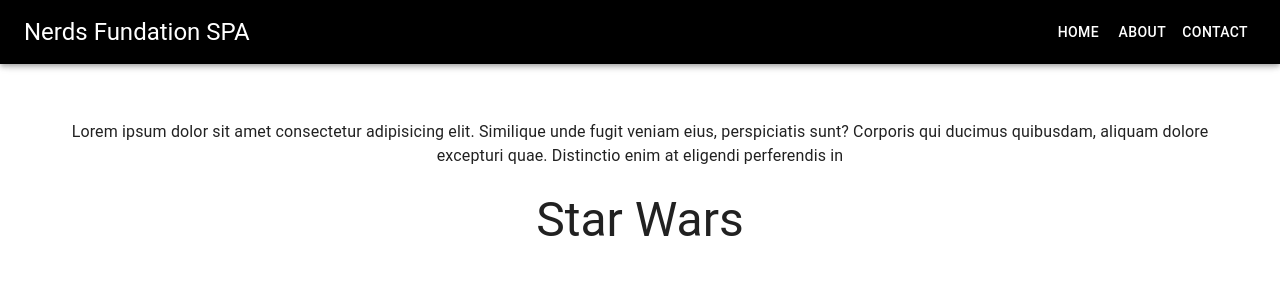
Repository: marianozamora/lisit-challenge
Page: /
These files come from the project's save history. The page is drawn as it stood at one moment and after the next save; the edit follows.
The browser window is 1280 px wide. The pictures show the whole page.
The page's requests for data from a server got no answer. The project was rebuilt for these pictures with package versions that can differ from the ones it lists, and the page was loaded fresh each time. Some packages were replaced by stand-ins written for this rebuild. No one was signed in, and anything a server would have sent is missing. Also part of the build but not shown: vite.config.ts, src/components/Pagination.tsx, src/components/Planets.tsx, src/components/Starship.tsx, src/components/DetailPeople.tsx, src/components/DetailPlanet.tsx, src/components/DetailStarship.tsx, src/components/ErrorPage.tsx.

Above is the page before, as saved 2023-05-11 01:10:29.

After the next save:
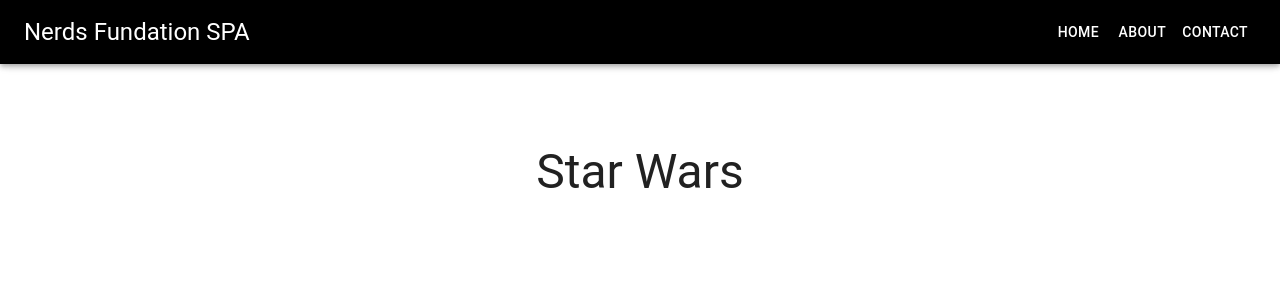
Saved 22 s later.
--- a/src/components/Header.tsx
+++ b/src/components/Header.tsx
@@ -93,11 +93,6 @@
             </Box>
             <Box component="main" sx={{ p: 3 }}>
             <Toolbar />
-            <Typography>
-                Lorem ipsum dolor sit amet consectetur adipisicing elit. Similique unde
-                fugit veniam eius, perspiciatis sunt? Corporis qui ducimus quibusdam,
-                aliquam dolore excepturi quae. Distinctio enim at eligendi perferendis in
-            </Typography>
             </Box>
         </Box>
     )
